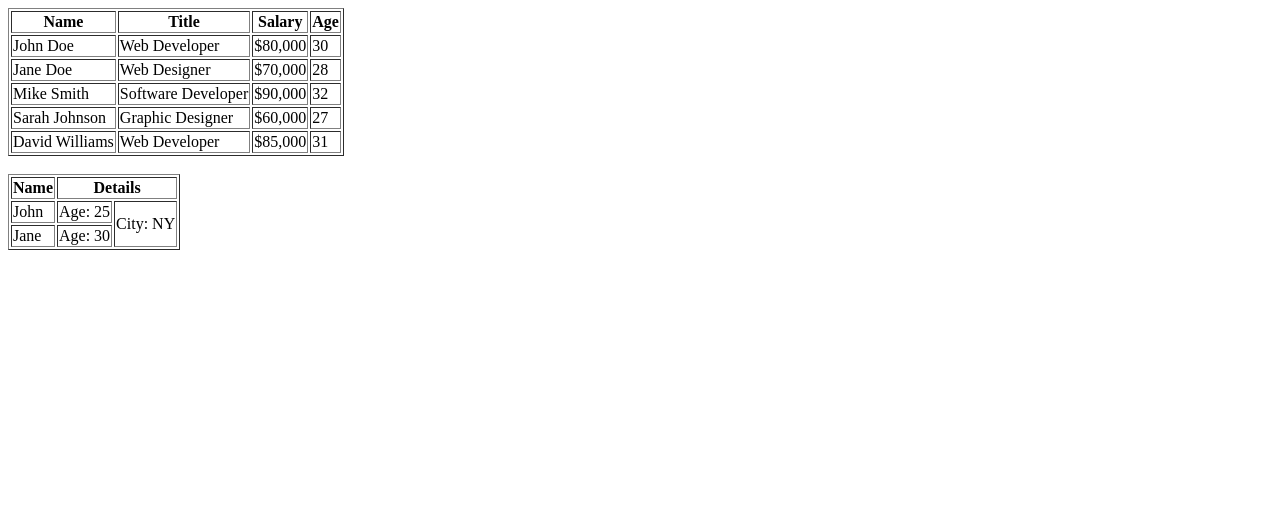
Repository: arunyerram/Web-TEChnologies
Page: Class2/code.html
The author's editor kept a copy of each file at every save. The page is drawn from the files as they stood at one save, then again after the next save.
The browser window is 1280 px wide. The pictures show the whole page.

Above is the page before, as saved 2025-02-14 12:51:13.

### Class2/code.html
<!DOCTYPE html>
<html lang="en">
<head>
    <meta charset="UTF-8">
    <meta name="viewport" content="width=device-width, initial-scale=1.0">
    <title>Document</title>
</head>
<body>
    <table border="1">
        <thead>
            <tr ">
                <th>Name</th>
                <th>Title</th>
                <th>Salary </th>
                <th>Age</th>
            </tr>
        </thead>
        <tbody>
            <tr >
                <td >John Doe</td>
                <td>Web Developer</td>
                <td>$80,000 </td>
                <td>30</td>
            </tr>
            <tr>
                <td>Jane Doe</td>
                <td>Web Designer</td>
                <td>$70,000 </td>
                <td>28</td>
            </tr>
            <tr >
                <td>Mike Smith</td>
                <td>Software Developer</td>
                <td>$90,000 </td>
                <td>32</td>
            </tr>
            <tr>
                <td>Sarah Johnson</td>
                <td>Graphic Designer</td>
                <td>$60,000 </td>
                <td>27</td>
            </tr>
            <tr>
                <td>David Williams</td>
                <td>Web Developer</td>
                <td>$85,000 </td>
                <td>31</td>
            </tr>
        </tbody>
    </table>

    <br/>

    <table border="1">
        <tr>
            <th>Name</th>
            <th colspan="2">Details</th>
        </tr>
        <tr>
            <td>John</td>
            <td>Age: 25</td>
            <td rowspan="2">City: NY</td>
        </tr>
        <tr>
            <td>Jane</td>
            <td>Age: 30</td>
        </tr>
    </table>

</body>
</html>

After the next save:
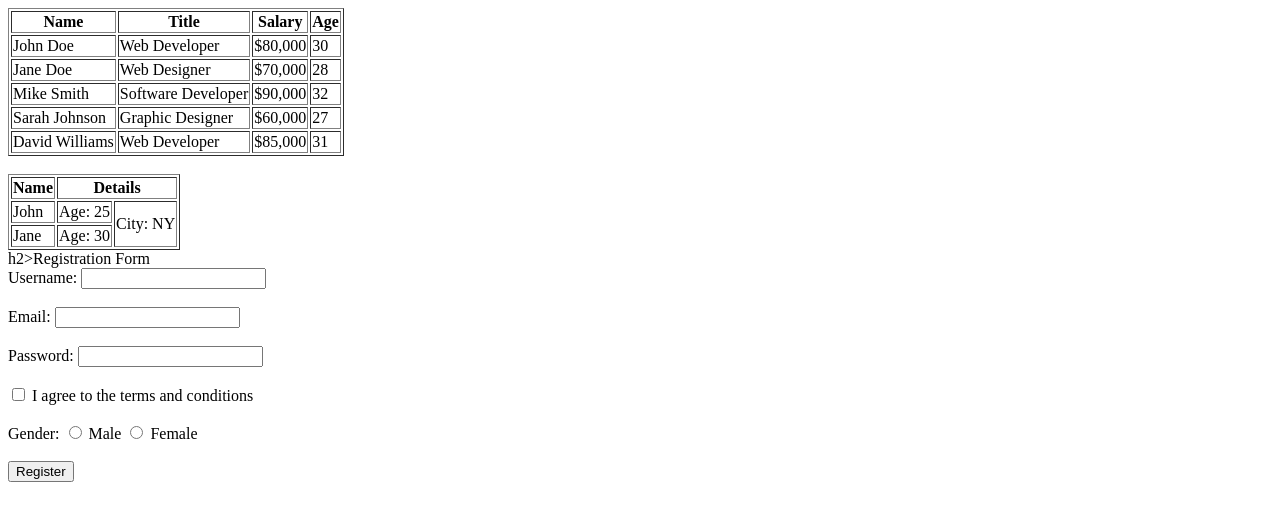
Saved 115 s later.
--- a/Class2/code.html
+++ b/Class2/code.html
@@ -67,5 +67,43 @@
         </tr>
     </table>
 
+    h2>Registration Form</h2>
+    <form action="#" method="post">
+        <!-- Text Input -->
+        <label for="username">Username:</label>
+        <input type="text" id="username" name="username" required>
+        <br><br>
+
+        <!-- Email Input -->
+        <label for="email">Email:</label>
+        <input type="email" id="email" name="email" required>
+        <br><br>
+
+        <!-- Password Input -->
+        <label for="password">Password:</label>
+        <input type="password" id="password" name="password" required>
+        <br><br>
+
+        <!-- Checkbox -->
+        <label>
+            <input type="checkbox" id="agree" name="terms"> I agree to the terms and conditions
+        </label>
+        <br><br>
+
+        <!-- Radio Buttons -->
+        <label>Gender:</label>
+        <label for="male">
+            <input type="radio" id="male" name="gender" value="male"> Male
+        </label>
+        <label for="female">
+            <input type="radio" id="female" name="gender" value="female"> Female
+        </label>
+        <br><br>
+
+        <!-- Submit Button -->
+        <input type="submit" value="Register">
+    </form>
+
+
 </body>
 </html>
